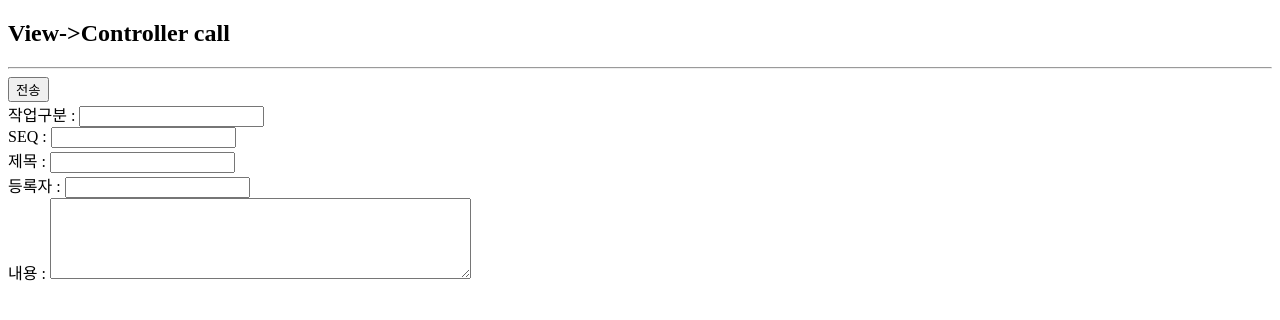
Repository: kimjoohye/study_WEB
Page: http://localhost/studyhtml5/board/testForm.jsp
An editor plug-in stored every save of this project. The page is shown before and after the next save, followed by the edit.
The browser window is 1280 px wide. The pictures show the whole page.
The page is served by Tomcat 9. Nobody is signed in. The application's start-up code is not run.

Above is the page before, as saved 2022-05-17 01:35:06.

After the next save:
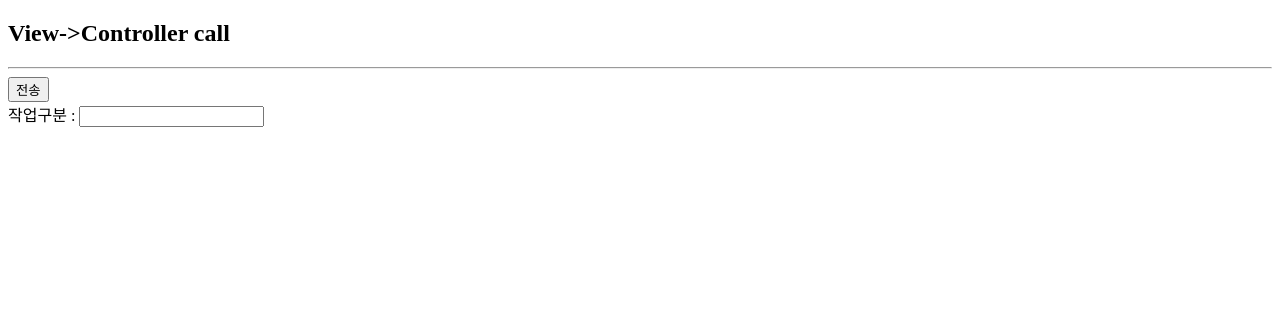
Saved 76 s later.
--- a/workspace/studyhtml5/WebContent/board/testForm.jsp
+++ b/workspace/studyhtml5/WebContent/board/testForm.jsp
@@ -30,10 +30,6 @@
 	</div>
   <form action="<%=contPath %>/board/board.do" name="boardFrm" id="boardFrm">
       작업구분 : <input type="text" name="work_div" id="work_div" value=""><br/>
-   SEQ : <input type="text" name="seq" id="seq"><br/>
-      제목 : <input type="text" name="title" id="title" maxlength="200"><br/>
-      등록자 : <input type="text" name="reg_id" id="reg_id" maxlength="20"><br/>
-      내용 : <textarea rows="5" cols="50" name="contents" id="contents"></textarea><br/>
   </form>
 	<script type="text/javascript">
 	  $(document).ready(function(){
